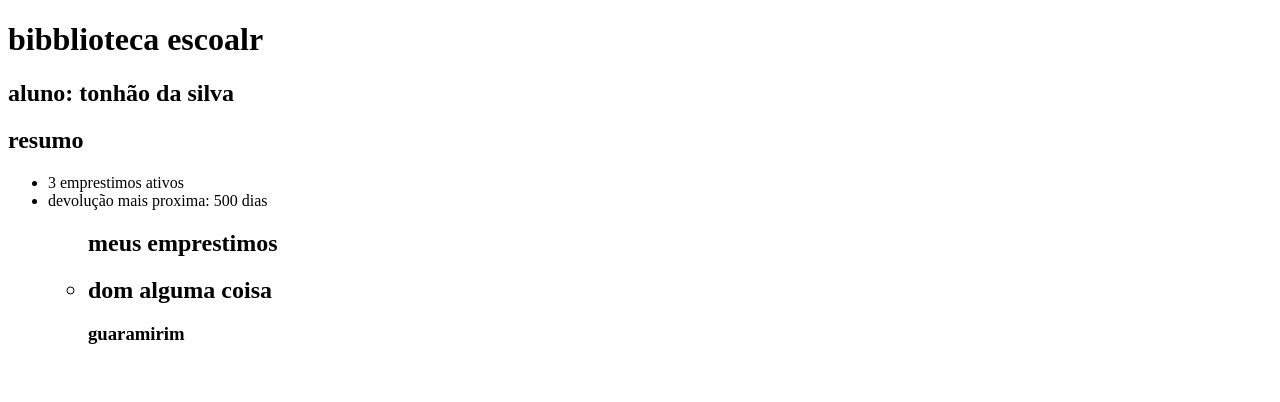
Repository: melloeduarda/html
Page: index.html
The author's editor kept a copy of each file at every save. The page is drawn from the files as they stood at one save, then again after the next save.
The browser window is 1280 px wide. The pictures show the whole page.

Above is the page before, as saved 2026-10-28 15:15:44.

### index.html
<!DOCTYPE html>
<html lang = "pt-br">
<head>
    <meta charset = "UTF-8">
    <meta name = "viewport" content="widnt=device-width, initial -scale1.0">
    <title>Biblioteca Escolar</title>
    <link rel = "stylesheet" href="estilo.css">
    </head>
    <body>

<header>
    <h1>bibblioteca escoalr</h1>
    <h2>aluno: tonhão da silva</h2>
<header>

    <h2>resumo</h2>
    <ul>
        <li>3 emprestimos ativos</li>
        <li>devolução mais proxima: 500 dias</li>
    <ul>
<h2>meus emprestimos<h2>
    <div class="card">
        <li>dom alguma coisa</h3>
        <h3>guaramirim</h6>

Loaded but not shown: estilo.css (no copy from this time; the picture is the same without it)

After the next save:
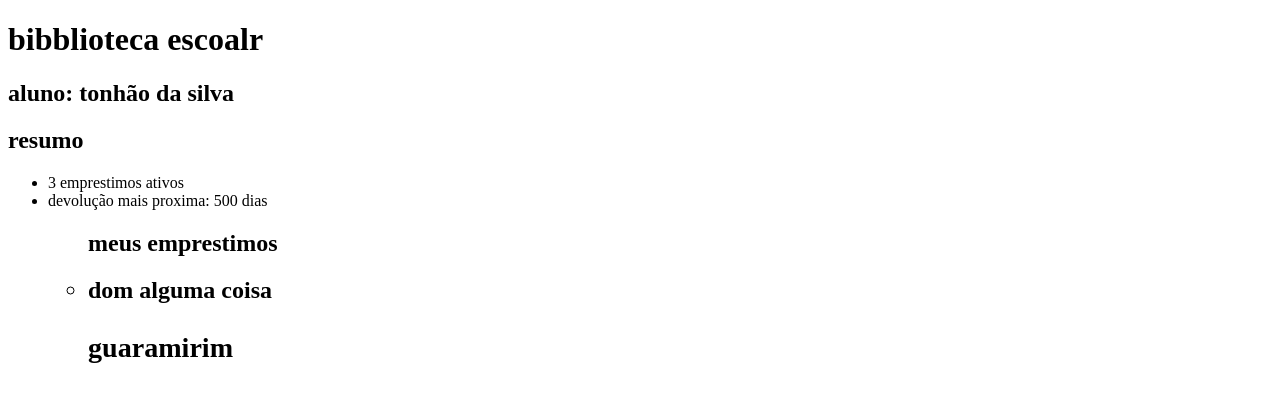
Saved 5 s later.
--- a/index.html
+++ b/index.html
@@ -20,5 +20,5 @@
     <ul>
 <h2>meus emprestimos<h2>
     <div class="card">
-        <li>dom alguma coisa</h3>
+        <li>dom alguma coisa</li>
         <h3>guaramirim</h6>
